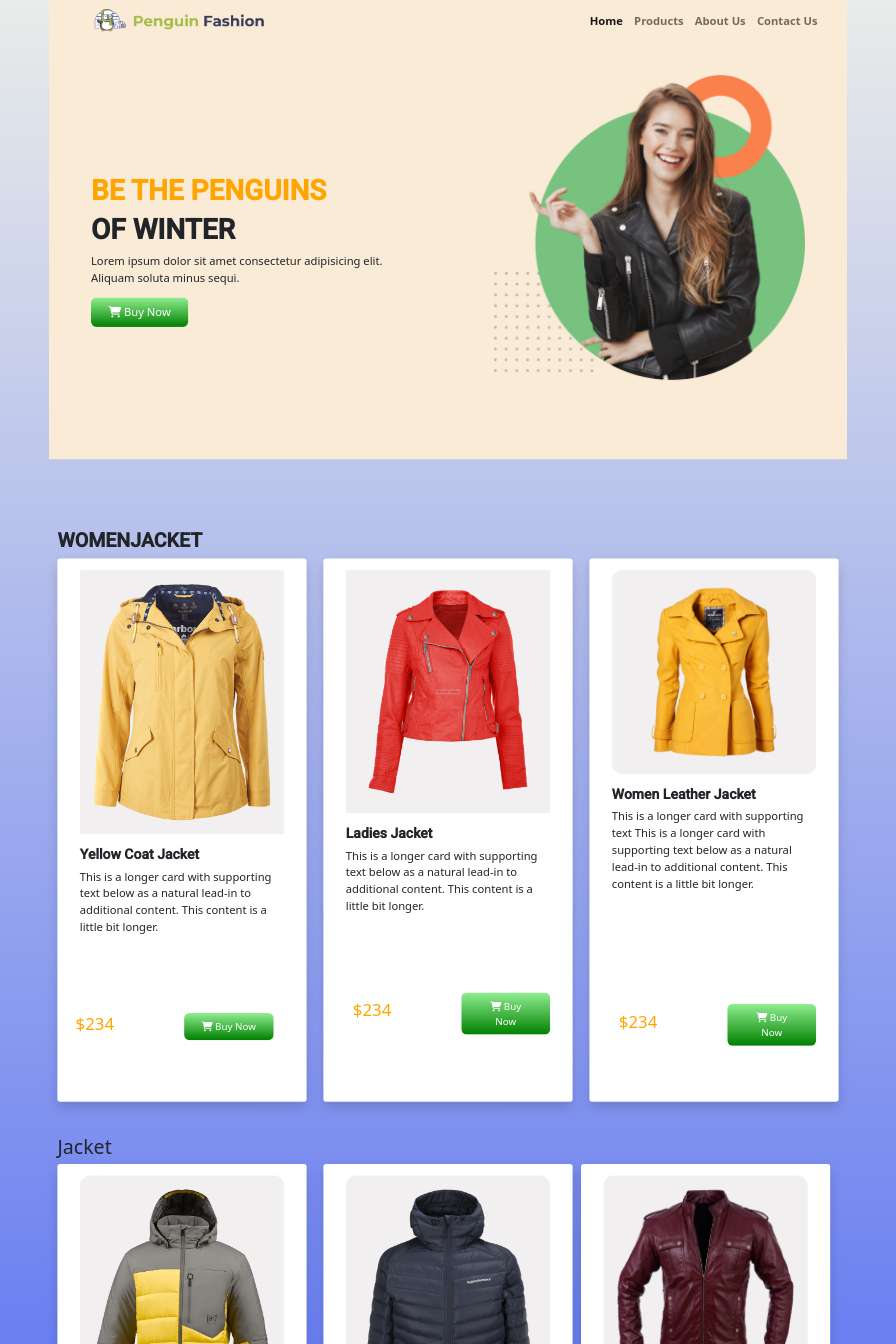
Repository: omarhasnain/assignment-two
Page: index.html
The author's editor kept a copy of each file at every save. The page is drawn from the files as they stood at one save, then again after the next save.
The browser window is 1280 px wide. The pictures show the part of the page from y = 0 to 1920 px (the page is 3517 px tall), at 70% of full size.
Some web libraries are served in a nearby version.

Above is the page before, as saved 2021-01-15 18:49:44.

### index.html
<!DOCTYPE html>
<html lang="en">

<head>
    <meta charset="UTF-8">
    <meta name="viewport" content="width=device-width, initial-scale=1.0">
    <title>Panda Commerce</title>
    <link href="https://cdn.jsdelivr.net/npm/bootstrap@5.0.0-beta1/dist/css/bootstrap.min.css" rel="stylesheet"
        integrity="sha384-giJF6kkoqNQ00vy+HMDP7azOuL0xtbfIcaT9wjKHr8RbDVddVHyTfAAsrekwKmP1" crossorigin="anonymous">
    <link rel="preconnect" href="https://fonts.gstatic.com">
    <link href="https://fonts.googleapis.com/css2?family=Roboto:wght@500&display=swap" rel="stylesheet">
    <link rel="stylesheet" href="style.css">
</head>

<body>
    <header class="container">
        <nav class="navbar navbar-expand-lg navbar-light ">
            <div class="container-fluid">
                <a class="navbar-brand" href="#"><img src="icon/Group 33072.png" alt=""></a>
                <button class="navbar-toggler" type="button" data-bs-toggle="collapse"
                    data-bs-target="#navbarNavAltMarkup" aria-controls="navbarNavAltMarkup" aria-expanded="false"
                    aria-label="Toggle navigation">
                    <span class="navbar-toggler-icon"></span>
                </button>
                <div class="collapse navbar-collapse" id="navbarNavAltMarkup">
                    <div class="navbar-nav navigation">
                        <a class="nav-link active" aria-current="page" href="#"><b>Home</b></a>
                        <a class="nav-link" href="#shoes"><b>Products</b></a>
                        <a class="nav-link" href="#backpack"><b>About Us</b></a>
                        <a class="nav-link" href="#subscribe" tabindex="-1"> <b>Contact Us</b> </a>
                    </div>
                </div>
            </div>
        </nav>

        <section>
            <div class="row d-flex align-items-center p-5">
                <div class="col-md-6">
                    <h1 class="starter"><span class="highlight"> BE THE PENGUINS </span></h1>
                    <h1 class="starter">OF WINTER</h1>
                    <p>Lorem ipsum dolor sit amet consectetur adipisicing elit.<br>
                        Aliquam soluta minus sequi.</p>
                    <script src="https://kit.fontawesome.com/07933890e6.js" crossorigin="anonymous"></script>

                    <button class="buy-now-button">
                        <i class="fas fa-shopping-cart"></i> Buy Now </button>
                </div>
                <div class="col-md-6">
                    <img src="image/green.png" class="d-block w-100 " alt="...">
                </div>
            </div>
        </section>


    </header>
    <main class="container">

        <section class="mt-5" id="product">
            <h3 class="starter">WOMENJACKET</h3>
            <div class="row  row-cols-1  row-cols-md-3 gx-4">
                <div class="col">
                    <div class="card shadow panda-card h-100 p-3 mb-5 bg-white rounded justify-content-center ">
                        <img src="image/apa.png" class="card-img-top rounded float-start" alt="...">
                        <div class="card-body">
                            <h5 class="card-title starter">Yellow Coat Jacket</h5>
                            <p class="card-text">This is a longer card with supporting text below as a natural lead-in
                                to
                                additional content. This content is a little bit longer.</p>
                        </div>
                        <div class="d-flex align-items-center packet">
                            <h4 class="card-foot"><span class="highlight">$234</span></h4>
                            <small> <button class="text-white buy-now-button card-button">
                                    <i class="fas fa-shopping-cart"></i> Buy Now </button></small>
                        </div>
                    </div>
                </div>
                <div class="col">
                    <div class="card  h-100 p-3 mb-5 bg-white rounded panda-card shadow  justify-content-center ">
                        <img src="image/laltu.png" class="card-img-top rounded float-end" alt="...">
                        <div class="card-body">
                            <h5 class="card-title  starter">Ladies Jacket</h5>
                            <p class="card-text">This is a longer card with supporting text below as a natural lead-in
                                to additional content. This content is a little bit longer.</p><br> <br><br><br>
                            <div class="d-flex align-items-center ">
                                <h4 class="card-foot"><span class="highlight">$234</span></h4>
                                <small> <button class="text-white buy-now-button card-button">
                                        <i class="fas fa-shopping-cart"></i> Buy Now </button></small>
                            </div>
                        </div>
                    </div>
                </div>
                <div class="col">
                    <div class="card shadow panda-card h-100 p-3 mb-5 bg-white justify-content-center ">
                        <img src="image/lady.png" class="card-img-top" alt="...">
                        <div class="card-body">
                            <h5 class="card-title  starter">Women Leather Jacket</h5>
                            <p class="card-text">This is a longer card with supporting text
                                This is a longer card with supporting text below as a natural lead-in to additional
                                content. This content is a little bit longer. </p><br><br><br><br><br><br>
                            <div class="d-flex align-items-center  ">
                                <h4 class="card-foot"><span class="highlight">$234</span></h4>
                                <small> <button class="text-white buy-now-button card-button">
                                        <i class="fas fa-shopping-cart"></i> Buy Now </button></small>
                            </div>
                        </div>
                    </div>
                </div>

        </section>

        <section class="mt-5" id="backpack">
            <h3>Jacket</h3>
            <div class="row row-cols-1  row-cols-md-3 g-4">
                <div class="col">
                    <div class="card panda-card h-100 shadow p-3 mb-5 bg-white rounded">
                        <img src="image/jacket.png" class="card-img-top" alt="...">
                        <div class="card-body ">
                            <h5 class="card-title starter">Snowboard Jacket Mens</h5>

                            <p class="card-text">This is a wider card with supporting text below as a natural lead-in to
                                additional.
                            </p>
                        </div>
                        <div class="d-flex align-items-center ">
                            <h4 class="card-foot"><span class="highlight">$234</span></h4>
                            <small> <button class="text-white buy-now-button card-button">
                                    <i class="fas fa-shopping-cart"></i> Buy Now </button></small>
                        </div>


                    </div>
                </div>
                <div class="col">
                    <div class="card panda-card h-100 shadow p-3 mb-5 bg-white rounded">
                        <img src="image/top.png" class="card-img-top" alt="...">
                        <div class="card-body">
                            <h5 class="card-title starter">Men Leather Jackets</h5>

                            <p class="card-text">This card has supporting text below as a natural lead-in to additional.
                            </p>

                        </div>
                        <div class="d-flex align-items-center ">
                            <h4 class="card-foot"><span class="highlight">$234</span></h4>
                            <small> <button class="text-white buy-now-button card-button">
                                    <i class="fas fa-shopping-cart"></i> Buy Now </button></small>
                        </div>
                    </div>
                </div>
                <div class="col">
                    <div class="row align-items-center card panda-card h-100 shadow p-3 mb-5 bg-white rounded">
                        <img src="image/vip.png" class="card-img-top" alt="...">
                        <div class="card-body">
                            <h5 class="card-title starter">Men Casual Jackets</h5>

                            <p class="card-text">This is a wider card with supporting text below as a natural lead-in to
                                additional.</p>

                        </div>
                        <div class="d-flex align-items-center ">
                            <h4 class="card-foot"><span class="highlight">$234</span></h4>
                            <small> <button class="text-white buy-now-button card-button">
                                    <i class="fas fa-shopping-cart"></i> Buy Now </button></small>
                        </div>
                    </div>
                </div>
            </div>


        </section>
        <section>
            <div class="row d-flex align-items-center p-5">
                <div class="col-md-6">

                    <div class="shadow d-flex align-items-center mt-5">
                        <img class="special" style="height: 50px; width: 50px;" src="icon/image 12.png" alt="">
                        <div class="special">
                            <h4>Find The Perfect Fit</h4>
                            <p>Lorem ipsum dolor sit amet consectetur adipisicing elit.
                            </p>
                        </div>
                    </div>
                    <div class="shadow  d-flex align-items-center mt-5">
                        <img class="special" style="height: 50px; width: 50px;" src="icon/image 13.png" alt="">
                        <div class="special">
                            <h4>Free Exchanges</h4>
                            <p>Lorem ipsum dolor sit amet consectetur adipisicing elit.
                            </p>
                        </div>

                    </div>
                    <div class="shadow  d-flex align-items-center mt-5">
                        <img class="special" style="height: 50px; width: 50px;" src="icon/image 14.png" alt="">
                        <div class="special">
                            <h4>Contact Our Seller</h4>
                            <p>Lorem ipsum dolor sit amet consectetur adipisicing elit.
                            </p>
                        </div>
                    </div>
                </div>

                <div class="col-md-6 ">
                    <img src="icon/XMLID 1.png" class="d-block w-100 mt-5" alt="...">
                </div>
            </div>
        </section>


        <section class="container categories overflow-hidden mt-5">
            <h3>More Items</h3>
            <div class="row g-5 ">
                <div class="col">
                    <div class="p-3 rounded bg-primary d-flex align-items-center justify-content-around ">
                        <h1 class="text-white">Watch</h1>
                        <img src="categories/watch.png" class="rounded-pill" alt="...">
                    </div>
                </div>
                <div class="col">
                    <div class="p-3 rounded bg-warning d-flex align-items-center justify-content-around">
                        <h1 class="text-white">Backpacks</h1>
                        <img src="categories/bag.png" alt="">
                    </div>
                </div>
                <div class="col">
                    <div class="p-3 rounded bg-info d-flex align-items-center justify-content-around">
                        <h1 class="text-white">Shoes</h1>
                        <img src="categories/shoes.png" alt="">
                    </div>
                </div>

            </div>
        </section>
        <section style="height: 300px; background-color: rgb(252, 228, 218);"
            class="mt-5 d-flex  align-items-center justify-content-center ">
            <div id="subscribe">
                <h1>LET'S STAY IN TOUCH</h1>
                <h6 class="updates">Get updates on sales, specials and more</h6>
                <input type="text" placeholder="Enter Your Email Address">
                <div><br>
                    <button class="buy-now-button radius ">SUBSCRIBE</button>
                </div>

        </section>









    </main>
    <footer class="text-center mt-5">
        <small>©2020. Penguin Fashion. All rights reserved. Sofia, Bulgaria.</small>
    </footer>














    <script src="https://cdn.jsdelivr.net/npm/bootstrap@5.0.0-beta1/dist/js/bootstrap.bundle.min.js"
        integrity="sha384-ygbV9kiqUc6oa4msXn9868pTtWMgiQaeYH7/t7LECLbyPA2x65Kgf80OJFdroafW"
        crossorigin="anonymous"></script>
</body>

</html>

### style.css
body{
    background-image: linear-gradient(to bottom, rgb(233, 236, 233) 0%, rgb(0, 37, 248) 100%);
}
header{
    background-color: antiquewhite;
}
.container-fluid img{
    width: 50%;
    margin-left: 40px;
}
.navigation{
    margin-left: 40%;
}
.highlight{
    color:orange;

}
.starter{
    font-family: 'Roboto', sans-serif;
    font-weight: 900;
}
.panda-card {
    max-width: 100%;
    max-height: 100%;
    border:0;
    resize: both;




}
.panda-card img{
    display: block;
    width: 90%;
    margin-left: auto;
    margin-right: auto;

}

.categories img{
    width: 100px;


}

.buy-now-button{
    background-image: linear-gradient(to bottom, lightgreen 0%, green 100%);
    color: #fff;
    border: none;
    border-radius: 8px;
    padding: 9px 25px;
    cursor: pointer;
}
.card-img-top{
    background-color: rgb(241, 239, 239);
    border-radius: 1em;
    padding: 20px 20px;
}

.card-foot{
    margin-left: 10px;
}
.card-button{
    margin-left: 100px;
}
.updates{
    color: gray;
}
.container{
    margin-bottom: 100px;
}
.packet{
    margin-bottom: 1.9cm;
}
.special{
    margin-left: 15px;
    border: 0;
}

After the next save:
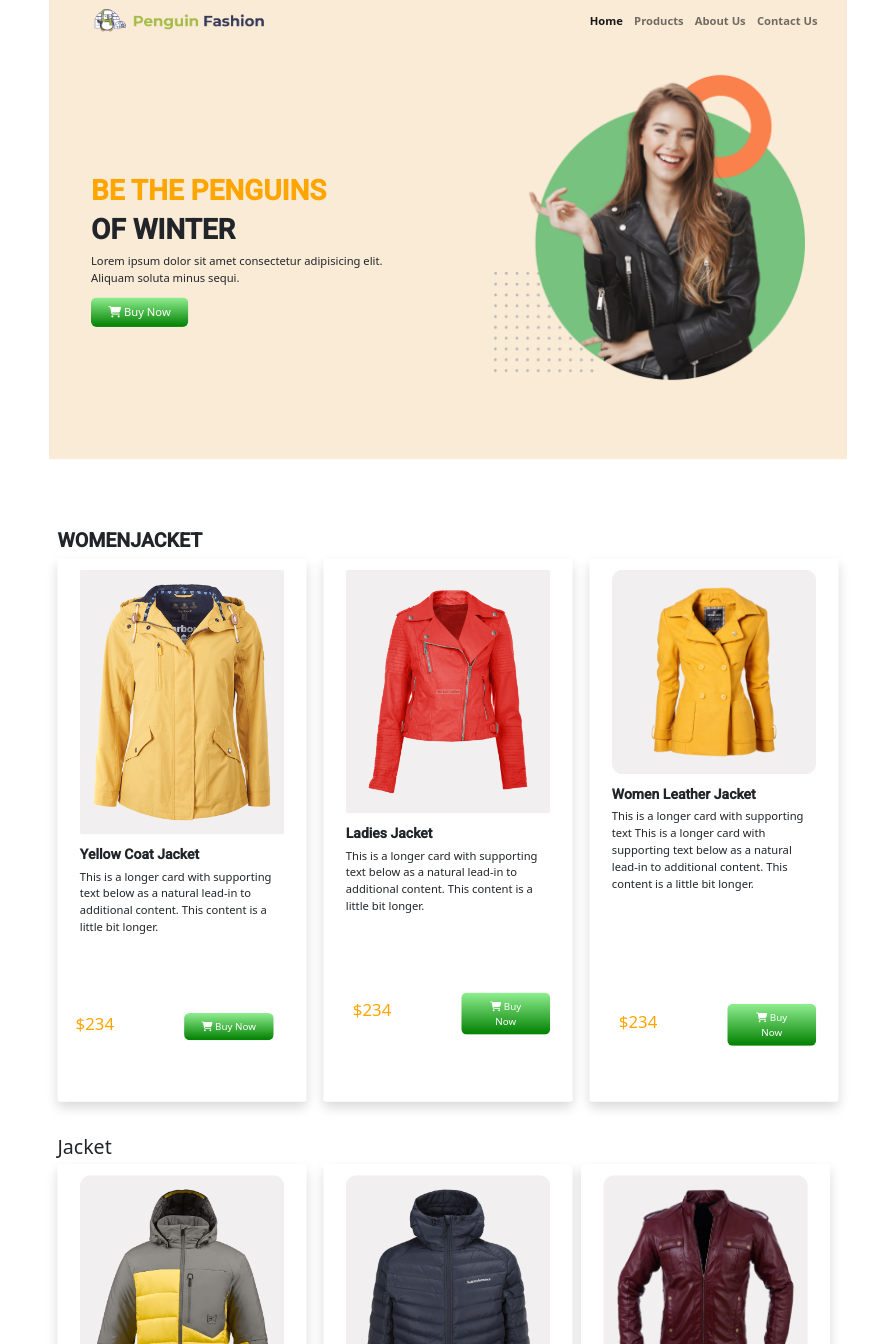
Saved 24 s later.
--- a/style.css
+++ b/style.css
@@ -1,6 +1,4 @@
-body{
-    background-image: linear-gradient(to bottom, rgb(233, 236, 233) 0%, rgb(0, 37, 248) 100%);
-}
+
 header{
     background-color: antiquewhite;
 }
